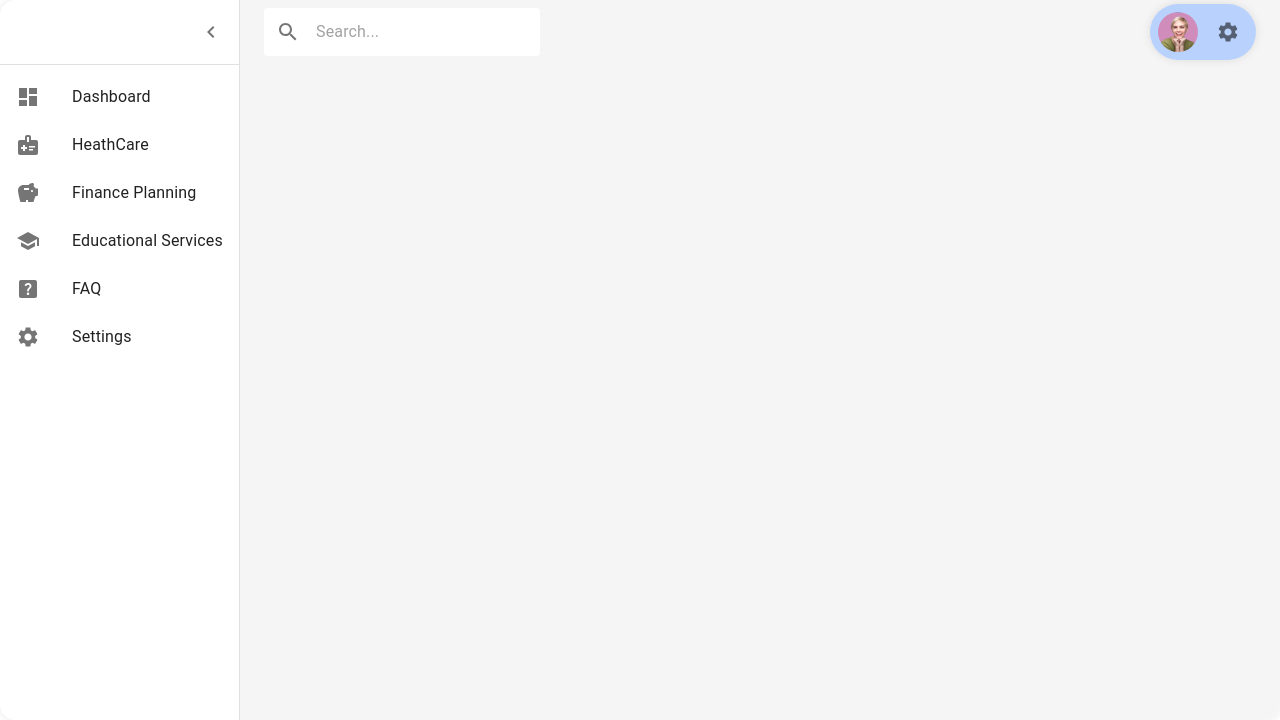
Repository: shubhampirate/TIAA_Retirement_hackathon
Page: /
These files come from the project's save history. The page is drawn as it stood at one moment and after the next save; the edit follows.
The browser window is 1280 px wide. The pictures show the whole page.
The project was rebuilt for these pictures with package versions that can differ from the ones it lists, and the page was loaded fresh each time. Also part of the build but not shown: src/Components/CustomButton.jsx, src/Components/Navbar.jsx, src/Components/Properties.jsx, src/Components/Footer.jsx, src/Components/Hero.jsx, src/pages/Sign_In.jsx, src/Components/GaugeChart.jsx, src/Components/Deposits.jsx and 2 more.

Above is the page before, as saved 2023-11-15 19:49:49.

### src/index.css
@import url("https://fonts.googleapis.com/css2?family=Poppins:wght@400;500;700&display=swap");

* {
  margin: 0;
  padding: 0;
  box-sizing: border-box;
  font-family: "Poppins", sans-serif;
}

body {
  margin: 0;
  -webkit-font-smoothing: antialiased;
  -moz-osx-font-smoothing: grayscale;
}

code {
  font-family: source-code-pro, Menlo, Monaco, Consolas, "Courier New",
    monospace;
}

### src/App.jsx
import Hero from "./Components/Hero";
import SignIn from "./pages/Sign_In";
// import Dashboard from "./Components/Dashboard";
// import GaugeChart from "./Components/GaugeChart"
import Health from "./Components/Health";

function App() {
  return (
    <>
      {/* <Hero /> */}
      {/* <SignIn/> */}
      {/* <Dashboard /> */}
      <Health/>
      {/* <GaugeChart />  */}
    </>
  );
}

export default App;

### src/Components/Health.jsx
import * as React from 'react';
import { styled, createTheme, ThemeProvider } from '@mui/material/styles';
import CssBaseline from '@mui/material/CssBaseline';
import MuiDrawer from '@mui/material/Drawer';
import Box from '@mui/material/Box';
import MuiAppBar from '@mui/material/AppBar';
import Toolbar from '@mui/material/Toolbar';
import List from '@mui/material/List';
import Typography from '@mui/material/Typography';
import Divider from '@mui/material/Divider';
import IconButton from '@mui/material/IconButton';
// import Badge from '@mui/material/Badge';
import Container from '@mui/material/Container';
import Grid from '@mui/material/Grid';
import Paper from '@mui/material/Paper';
// import Link from '@mui/material/Link';
import MenuIcon from '@mui/icons-material/Menu';
import ChevronLeftIcon from '@mui/icons-material/ChevronLeft';
// import NotificationsIcon from '@mui/icons-material/Notifications';
import SettingsIcon from '@mui/icons-material/Settings';
import { mainListItems } from './listItems';
// import Chart from './Chart';
import Deposits from './Deposits';

import heroImg_4 from "../media/img_4.jpeg";
import Button from '@mui/material/Button';
import LinearProgress from '@mui/material/LinearProgress';
import YourComponent from './YourComponent';
import SearchIcon from '@mui/icons-material/Search';

import InputBase from '@mui/material/InputBase';



  const Title = styled(Typography)(({ theme }) => ({
    fontSize: "25px",
    color: "#042A57",
    fontWeight: "bold",
    textAlign: "left",
    margin: theme.spacing(4, 0, 4, 0),
    [theme.breakpoints.down("sm")]: {
      fontSize: "30px",
    },
  }));
const drawerWidth = 240;

const AppBar = styled(MuiAppBar, {
  shouldForwardProp: (prop) => prop !== 'open',
})(({ theme, open }) => ({
  zIndex: theme.zIndex.drawer + 1,
  transition: theme.transitions.create(['width', 'margin'], {
    easing: theme.transitions.easing.sharp,
    duration: theme.transitions.duration.leavingScreen,
  }),
  ...(open && {
    marginLeft: drawerWidth,
    width: `calc(100% - ${drawerWidth}px)`,
    transition: theme.transitions.create(['width', 'margin'], {
      easing: theme.transitions.easing.sharp,
      duration: theme.transitions.duration.enteringScreen,
    }),
  }),
}));


const ProgressBarBox = ({ title, value }) => {
    let indicatorText = '';
    let color = '';

    if (value <= 30) {
      indicatorText = 'Less';
      color = '#BDFF7B';
    } else if (value <= 70) {
      indicatorText = 'Nearby Full';
      color = '#FFE779';
    } else {
      indicatorText = 'Completely Full';
      color = '#FC8965';
    }

    return (
      <Grid item xs={12} sm={6} md={4}>
        <Paper
          sx={{
            p: 2,
            display: 'flex',
            flexDirection: 'column',
            alignItems: 'center',
            borderRadius: '16px',
          }}
        >
          <Typography variant="h6" sx={{ mb: 1, color: "#0066FF" }}>
            {title}
          </Typography>
          <LinearProgress
          variant="determinate"
          value={value}
          sx={{
            width: '100%',
            height: '12px',
            borderRadius: '8px',
            backgroundColor: '#f0f0f0',
            marginBottom: '8px',
            '& .MuiLinearProgress-bar': {
              backgroundColor: color,
            },
          }}
        />

          <Box
          sx={{
            display: 'flex',
            justifyContent: 'space-between',
            width: '100%',

          }}
        >
          <Typography variant="body2">{indicatorText}</Typography>
          <Typography variant="body2">{value}%</Typography>
        </Box>
        </Paper>
      </Grid>
    );
  };
const Drawer = styled(MuiDrawer, { shouldForwardProp: (prop) => prop !== 'open' })(
  ({ theme, open }) => ({
    '& .MuiDrawer-paper': {
      position: 'relative',
      whiteSpace: 'nowrap',
      width: drawerWidth,
      transition: theme.transitions.create('width', {
        easing: theme.transitions.easing.sharp,
        duration: theme.transitions.duration.enteringScreen,
      }),
      boxSizing: 'border-box',
      ...(!open && {
        overflowX: 'hidden',
        transition: theme.transitions.create('width', {
          easing: theme.transitions.easing.sharp,
          duration: theme.transitions.duration.leavingScreen,
        }),
        width: theme.spacing(7),
        [theme.breakpoints.up('sm')]: {
          width: theme.spacing(9),
        },
      }),
    },
  }),
);

// TODO remove, this demo shouldn't need to reset the theme.
const defaultTheme = createTheme();

export default function Health() {
  const [open, setOpen] = React.useState(true);
  const toggleDrawer = () => {
    setOpen(!open);
  };

  return (
    <ThemeProvider theme={defaultTheme}>
      <Box sx={{ display: 'flex', borderRadius: '16px', overflow: 'hidden', boxShadow: '0px 0px 10px rgba(0, 0, 0, 0.1)' }} >
        <CssBaseline />

<AppBar position="absolute" open={open} sx={{ backgroundColor: "whitesmoke", boxShadow: 'none' }}>
  <Toolbar
    sx={{
      pr: '24px', // keep right padding when drawer closed
      display: 'flex',
      alignItems: 'center',
      justifyContent: 'space-between',
    }}
  >
    <Box sx={{ display: 'flex', alignItems: 'center' }}>
      <IconButton
        edge="start"
        aria-label="open drawer"
        onClick={toggleDrawer}
        sx={{
          marginRight: '36px',
          ...(open && { display: 'none' }),
          backgroundColor: "#fff"
        }}
      >
        <MenuIcon  />
      </IconButton>

      {/* Search tab */}
      <Box sx={{ display: 'flex', alignItems: 'center', backgroundColor: 'white', borderRadius: '4px', padding: '4px' }}>
        <IconButton>
          <SearchIcon />
        </IconButton>
        <InputBase
          placeholder="Search..."
          sx={{ ml: 1 }}
        />
      </Box>

    </Box>

    <Box sx={{ display: 'flex', alignItems: 'center', backgroundColor: '#B9D2FD', boxShadow: '0px 0px 10px rgba(0, 0, 0, 0.1)', borderRadius: '40px', padding: '8px' }}>
      {/* User profile image */}
      <img
        src={heroImg_4}
        alt="User Profile"
        style={{ borderRadius: '50%', width: '40px', height: '40px', marginRight: '10px' }}
      />

      {/* Settings button */}
      <IconButton>
        <SettingsIcon />
      </IconButton>
    </Box>
  </Toolbar>
</AppBar>

        <Drawer variant="permanent" open={open}>
          <Toolbar
            sx={{
              display: 'flex',
              alignItems: 'center',
              justifyContent: 'flex-end',
              px: [1],
            }}
          >
            <IconButton onClick={toggleDrawer}>
              <ChevronLeftIcon />
            </IconButton>
          </Toolbar>
          <Divider />
          <List component="nav">
            {mainListItems}
            {/* <Divider sx={{ my: 1 }} /> */}
            {/* {secondaryListItems} */}
          </List>
        </Drawer>
        <Box
          component="main"
          sx={{
            backgroundColor: (theme) =>
              theme.palette.mode === 'light'
                ? theme.palette.grey[100]
                : theme.palette.grey[900],
            flexGrow: 1,
            height: '100vh',
            overflow: 'auto',

          }}
        >
          <Toolbar />
          {/* </Container> */}
        </Box>
      </Box>
    </ThemeProvider>
  );
}

### src/Components/listItems.jsx
import * as React from 'react';
import ListItemButton from '@mui/material/ListItemButton';
import ListItemIcon from '@mui/material/ListItemIcon';
import ListItemText from '@mui/material/ListItemText';
import DashboardIcon from '@mui/icons-material/Dashboard';
import MedicalInformationIcon from '@mui/icons-material/MedicalInformation';
import SavingsIcon from '@mui/icons-material/Savings';
import SchoolIcon from '@mui/icons-material/School';
import HelpCenterIcon from '@mui/icons-material/HelpCenter';
import SettingsIcon from '@mui/icons-material/Settings';


export const mainListItems = (
  <React.Fragment>
    <ListItemButton>
      <ListItemIcon>
        <DashboardIcon />
      </ListItemIcon>
      <ListItemText primary="Dashboard" />
    </ListItemButton>
    <ListItemButton>
      <ListItemIcon>
        <MedicalInformationIcon />
      </ListItemIcon>
      <ListItemText primary="HeathCare" />
    </ListItemButton>
    <ListItemButton>
      <ListItemIcon>
        <SavingsIcon />
      </ListItemIcon>
      <ListItemText primary="Finance Planning" />
    </ListItemButton>
    <ListItemButton>
      <ListItemIcon>
        <SchoolIcon />
      </ListItemIcon>
      <ListItemText primary="Educational Services" />
    </ListItemButton>
    <ListItemButton>
      <ListItemIcon>
        <HelpCenterIcon />
      </ListItemIcon>
      <ListItemText primary="FAQ" />
    </ListItemButton>
    <ListItemButton>
      <ListItemIcon>
        <SettingsIcon />
      </ListItemIcon>
      <ListItemText primary="Settings" />
    </ListItemButton>
  </React.Fragment>
);

// export const secondaryListItems = (
//   <React.Fragment>
//     <ListSubheader component="div" inset>
//       Saved reports
//     </ListSubheader>
//     <ListItemButton>
//       <ListItemIcon>
//         <AssignmentIcon />
//       </ListItemIcon>
//       <ListItemText primary="Current month" />
//     </ListItemButton>
//     <ListItemButton>
//       <ListItemIcon>
//         <AssignmentIcon />
//       </ListItemIcon>
//       <ListItemText primary="Last quarter" />
//     </ListItemButton>
//     <ListItemButton>
//       <ListItemIcon>
//         <AssignmentIcon />
//       </ListItemIcon>
//       <ListItemText primary="Year-end sale" />
//     </ListItemButton>
//   </React.Fragment>
// );

Loaded but not shown: public/index.html (common file); src/index.js (common file)

After the next save:
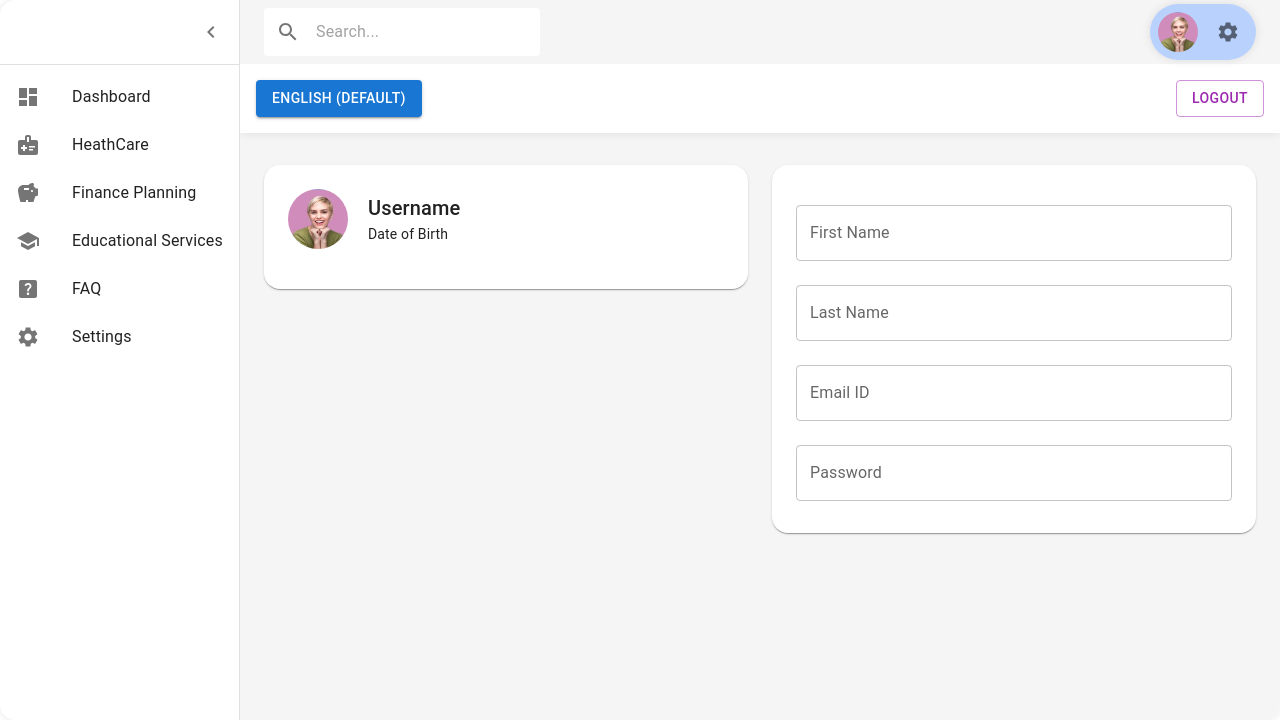
Saved 3 min 43 s later.
--- a/src/Components/Health.jsx
+++ b/src/Components/Health.jsx
@@ -21,6 +21,7 @@ import SettingsIcon from '@mui/icons-material/Settings';
 import { mainListItems } from './listItems';
 // import Chart from './Chart';
 import Deposits from './Deposits';
+import TextField from '@mui/material/TextField';
 
 import heroImg_4 from "../media/img_4.jpeg";
 import Button from '@mui/material/Button';
@@ -249,8 +250,91 @@ export default function Health() {
         >
           <Toolbar />
           {/* </Container> */}
+          {/* Start Here */}
+          <Box
+    sx={{
+      display: 'flex',
+      justifyContent: 'space-between',
+      alignItems: 'center',
+      padding: '16px',
+      backgroundColor: '#fff',
+      boxShadow: '0px 0px 10px rgba(0, 0, 0, 0.1)',
+    }}
+  >
+    {/* Language Button */}
+    <Button variant="contained" color="primary">
+      English (default)
+    </Button>
+    {/* Logout Button */}
+    <Button variant="outlined" color="secondary">
+      Logout
+    </Button>
+  </Box>
+
+  {/* Two Columns Layout */}
+  <Container sx={{ mt: 4 }}>
+    <Grid container spacing={3}>
+      {/* Left Column */}
+      <Grid item xs={12} md={6}>
+        <Paper sx={{ p: 3, borderRadius: '16px' }}>
+          {/* Account Picture, Username, and DOB */}
+          <Box sx={{ display: 'flex', alignItems: 'center', mb: 2 }}>
+            <img
+              src={heroImg_4}
+              alt="User Profile"
+              style={{
+                borderRadius: '50%',
+                width: '60px',
+                height: '60px',
+                marginRight: '20px',
+              }}
+            />
+            <div>
+              <Typography variant="h6">Username</Typography>
+              <Typography variant="body2">Date of Birth</Typography>
+            </div>
+          </Box>
+        </Paper>
+      </Grid>
+
+      {/* Right Column */}
+      <Grid item xs={12} md={6}>
+        <Paper sx={{ p: 3, borderRadius: '16px' }}>
+          {/* First Name, Last Name, Email, and Password */}
+          <Box>
+            <TextField
+              label="First Name"
+              variant="outlined"
+              fullWidth
+              margin="normal"
+            />
+            <TextField
+              label="Last Name"
+              variant="outlined"
+              fullWidth
+              margin="normal"
+            />
+            <TextField
+              label="Email ID"
+              variant="outlined"
+              fullWidth
+              margin="normal"
+            />
+            <TextField
+              label="Password"
+              type="password"
+              variant="outlined"
+              fullWidth
+              margin="normal"
+            />
+          </Box>
+        </Paper>
+      </Grid>
+    </Grid>
+  </Container>
+</Box>
         </Box>
-      </Box>
+      {/* </Box> */}
     </ThemeProvider>
   );
 }
